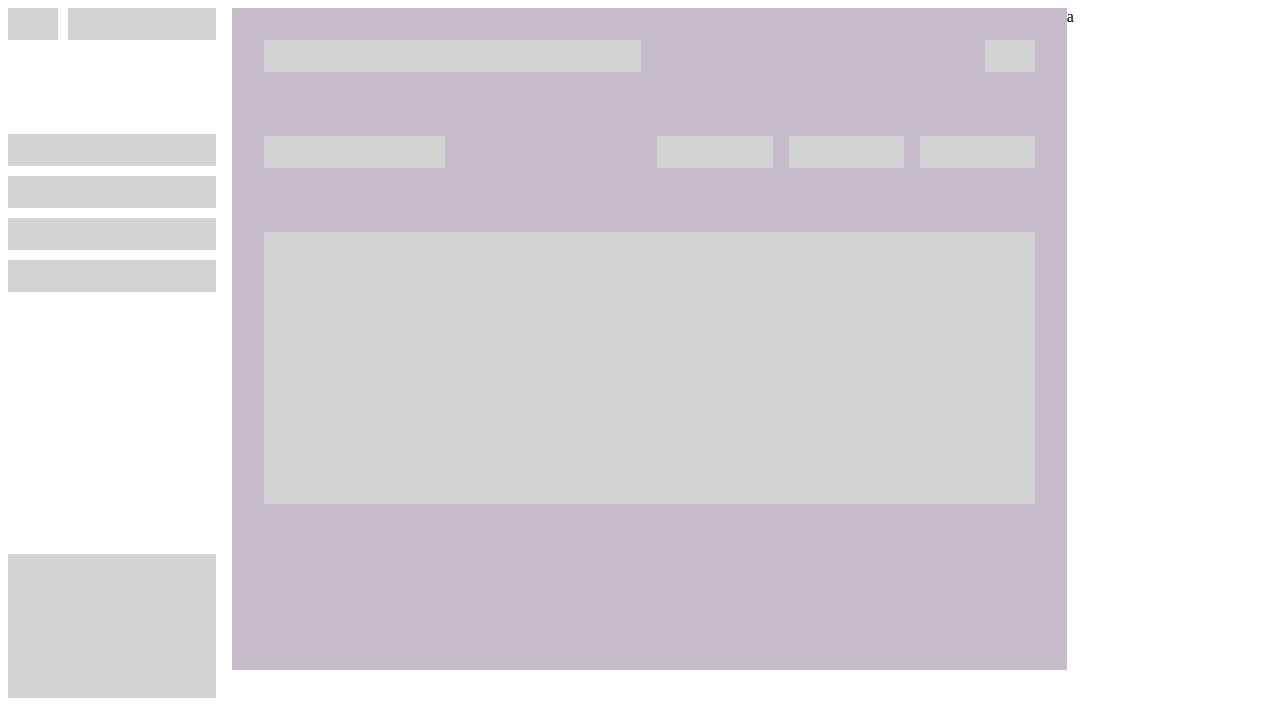
Repository: tr2cky/exercise2
Page: index.html
The author's editor kept a copy of each file at every save. The page is drawn from the files as they stood at one save, then again after the next save.
The browser window is 1280 px wide. The pictures show the whole page.

Above is the page before, as saved 2022-10-01 12:04:57.

After the next save:
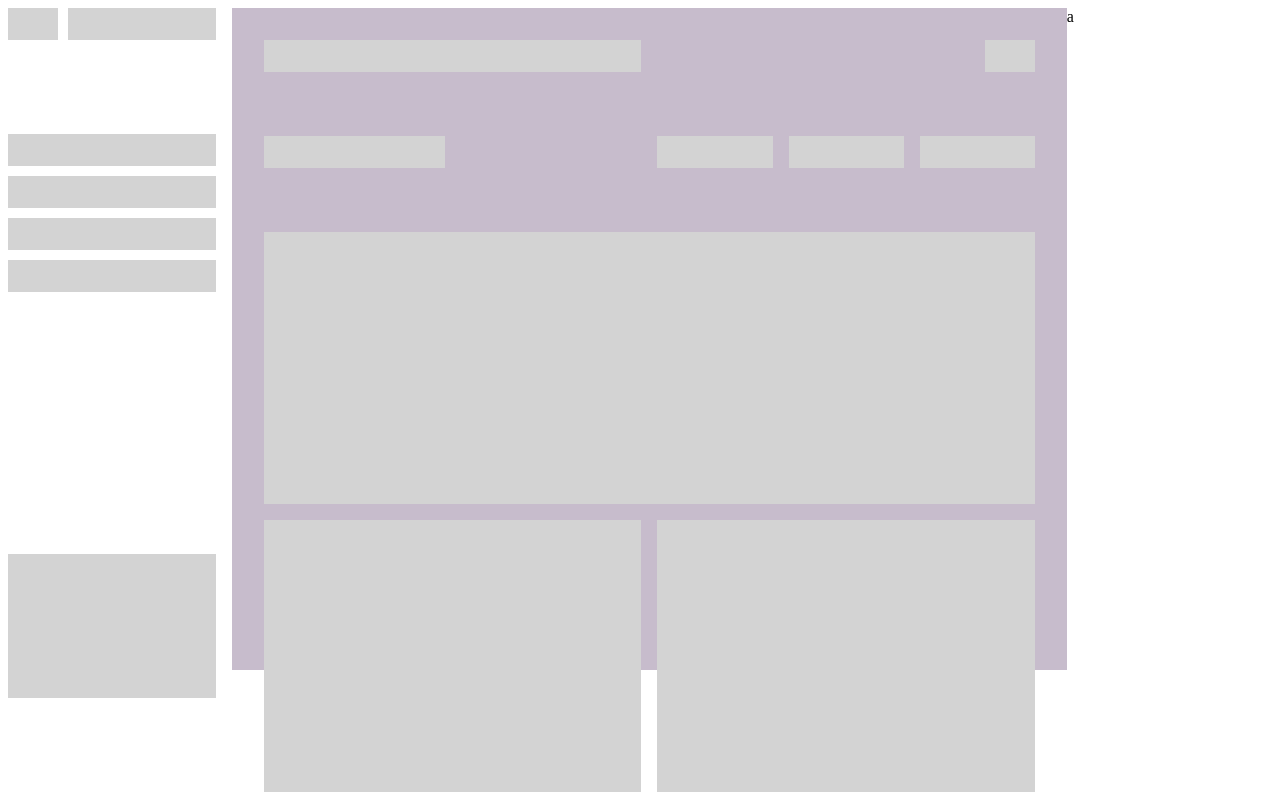
Saved 101 s later.
--- a/index.html
+++ b/index.html
@@ -29,7 +29,8 @@
             <div id="boxe"></div>
             <div id="boxf"></div>
             <div id="boxg"></div>
-
+            <div id="boxh"></div>
+            <div id="boxj"></div>
         </main>
         <div class="side2">
             a
--- a/style.css
+++ b/style.css
@@ -92,5 +92,12 @@ main div,
 #boxg {
     grid-row: 5/11;
     grid-column: 1/13
-
 }
+#boxh {
+    grid-row: 11/17;
+    grid-column: 1/7;
+}
+#boxj {
+    grid-row: 11/17;
+    grid-column: 7/13;
+}
